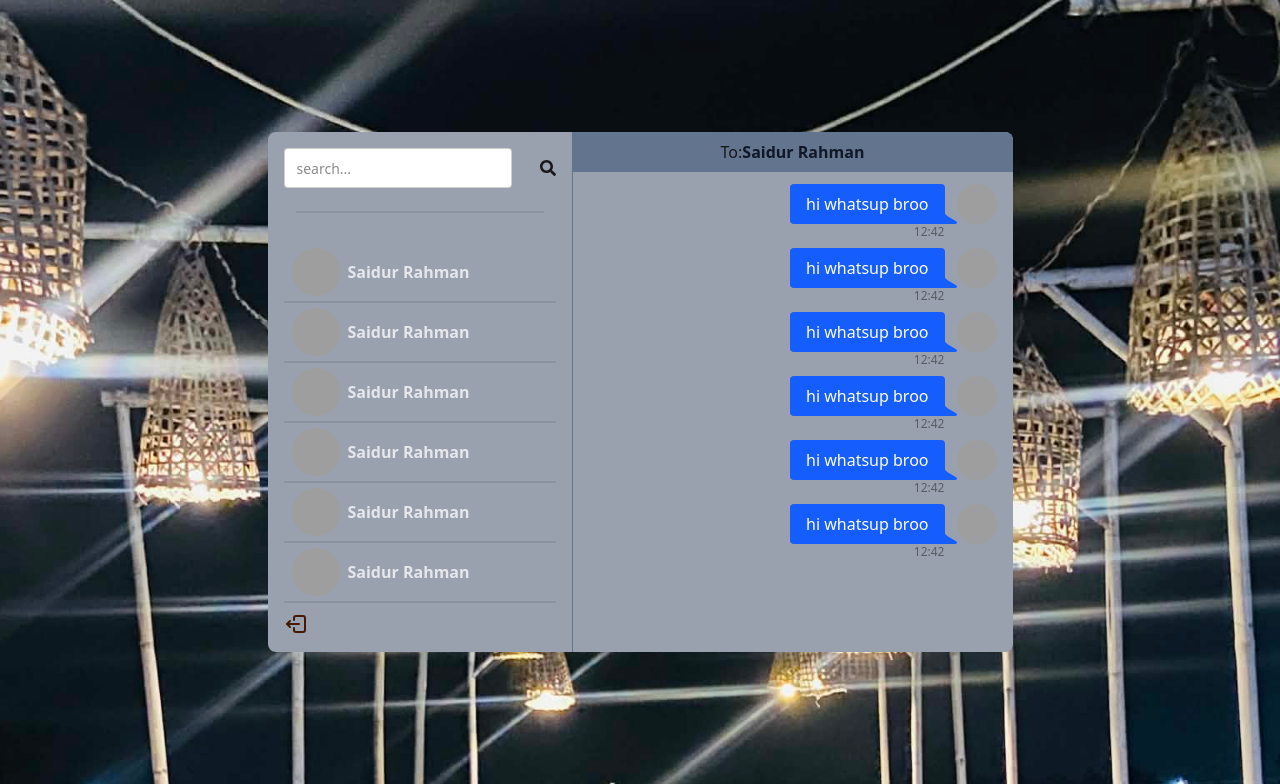
Repository: ridhukhan/chatapp
Page: / (app in frontend/)
An editor plug-in stored every save of this project. The page is shown before and after a run of saves, followed by the edit.
The browser window is 1280 px wide. The pictures show the whole page.
Pictures or frames that could not be fetched are drawn as grey boxes. Backgrounds fixed to the window are drawn as part of the page. The project was rebuilt for these pictures with package versions that can differ from the ones it lists, and the page was loaded fresh each time. Also part of the build but not shown: frontend/vite.config.js, frontend/src/Pages/login/Login.jsx, frontend/src/Pages/signup/GendarCheckbox.jsx, frontend/src/Pages/signup/SignUp.jsx.

Above is the page before, as saved 2025-12-25 18:48:28.

After the next 3 saves:
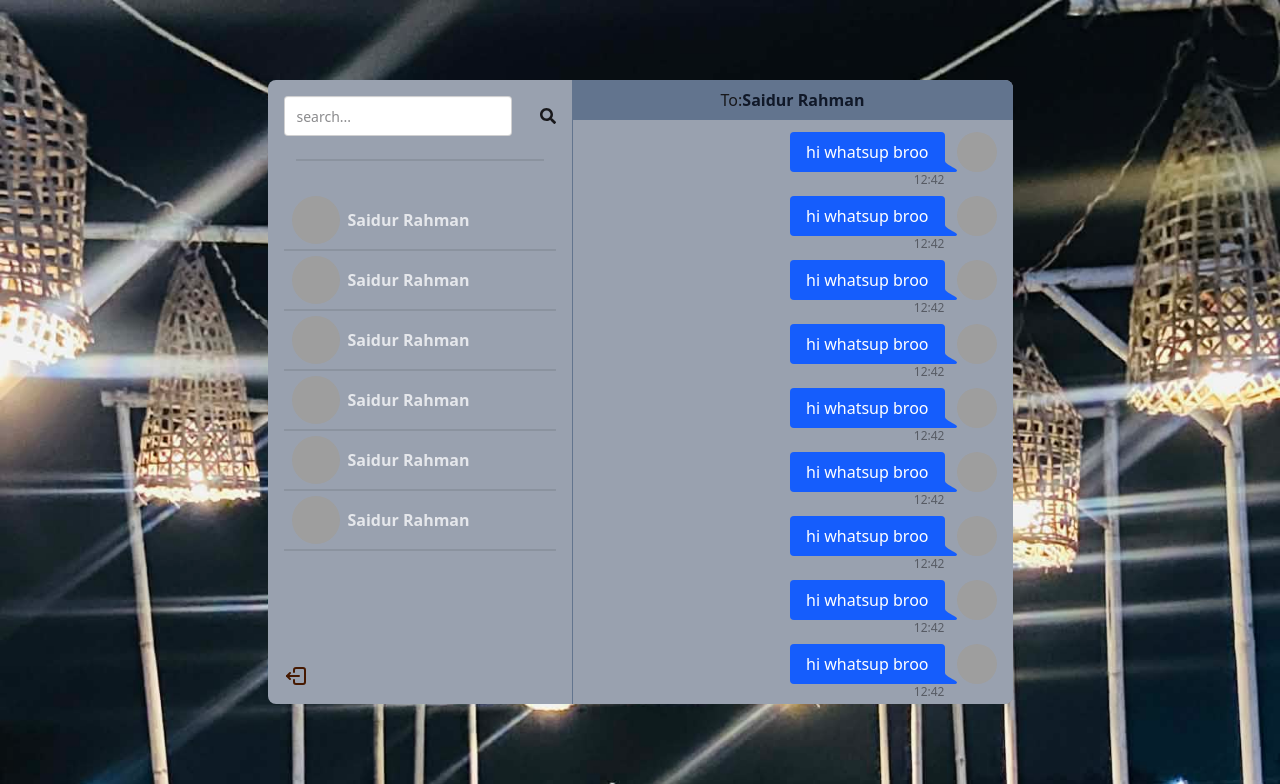
The 3 saves are shown as one change because they came seconds apart.
The last was saved 66 s later.
--- a/frontend/src/Components/messages/Messages.jsx
+++ b/frontend/src/Components/messages/Messages.jsx
@@ -11,6 +11,10 @@ const Messages = () => {
 <Message/>
 <Message/>
 <Message/>
+<Message/>
+<Message/>
+<Message/>
+
 
 
 
